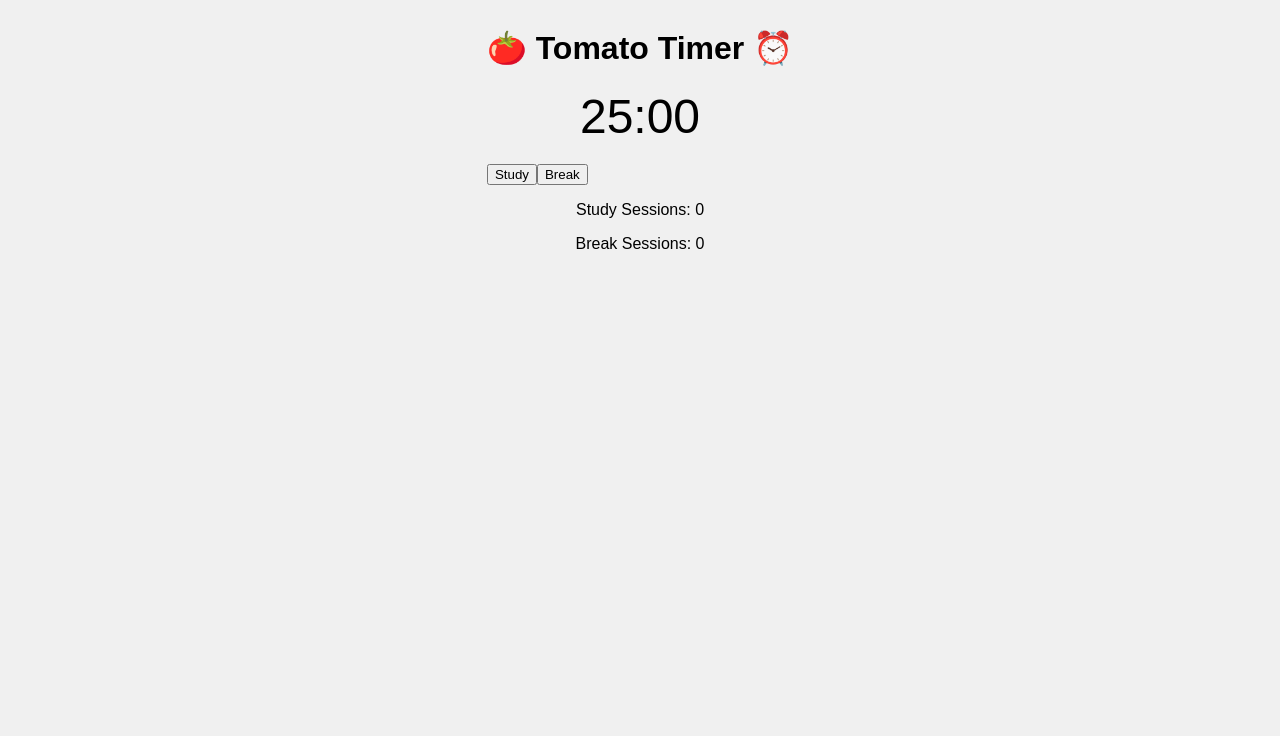
Repository: valentinaarojas/tomato-timer
Page: index.html
These files come from the project's save history. The page is drawn as it stood at one moment and after the next save; the edit follows.
The browser window is 1280 px wide. The pictures show the whole page.

Above is the page before, as saved 2025-02-06 20:00:31.

### index.html
<!DOCTYPE html>
<html lang="en">
<head>
    <title>Tomato Timer</title>
    <link rel="stylesheet" href="styles.css">
</head>
<body>
    <div id="container">
        <h1>🍅 Tomato Timer ⏰</h1>
        <div id="timer-display">
            <span id="time-left">25:00</span>
        </div>
        <div id="buttons">
            <button id="study-btn">Study</button>
            <button id="break-btn">Break</button>
        </div>
        <div id="session-count">
            <p>Study Sessions: <span id="study-count">0</span></p>
            <p>Break Sessions: <span id="break-count">0</span></p>
        </div>
    </div>
</body>
</html>

### styles.css
body {
    font-family: Arial, sans-serif;
    background-color: #f0f0f0;
    display: flex;
    justify-content: center;
    text-align: center;
    height: 100vh;
}

.container {
    text-align: center;
}

#timer-display {
    margin: 20px 0;
    font-size: 48px;
}

#buttons {
    display: flex;
    justify-content: left;
}

After the next save:
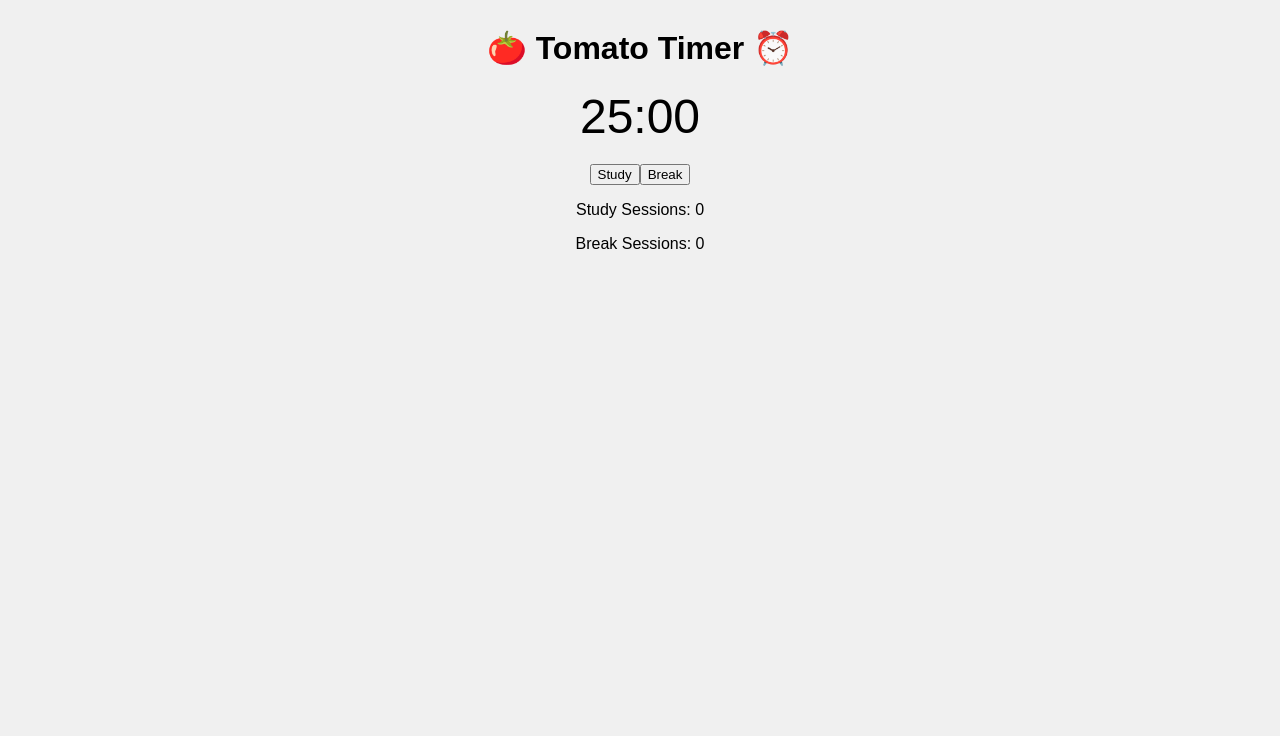
Saved 4 s later.
--- a/styles.css
+++ b/styles.css
@@ -18,5 +18,5 @@
 
 #buttons {
     display: flex;
-    justify-content: left;
+    justify-content: center;
 }

After the save that followed:
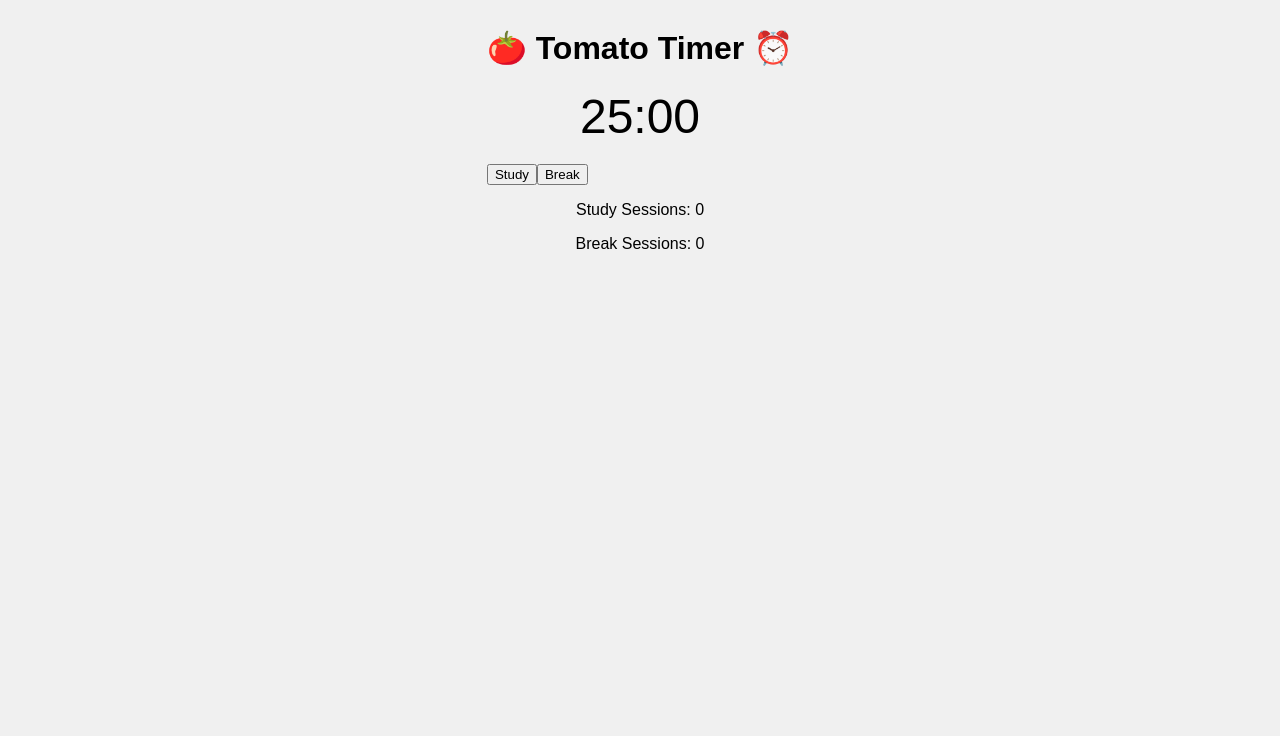
Saved 7 s later.
--- a/styles.css
+++ b/styles.css
@@ -18,5 +18,5 @@
 
 #buttons {
     display: flex;
-    justify-content: center;
+    justify-content: s;
 }
